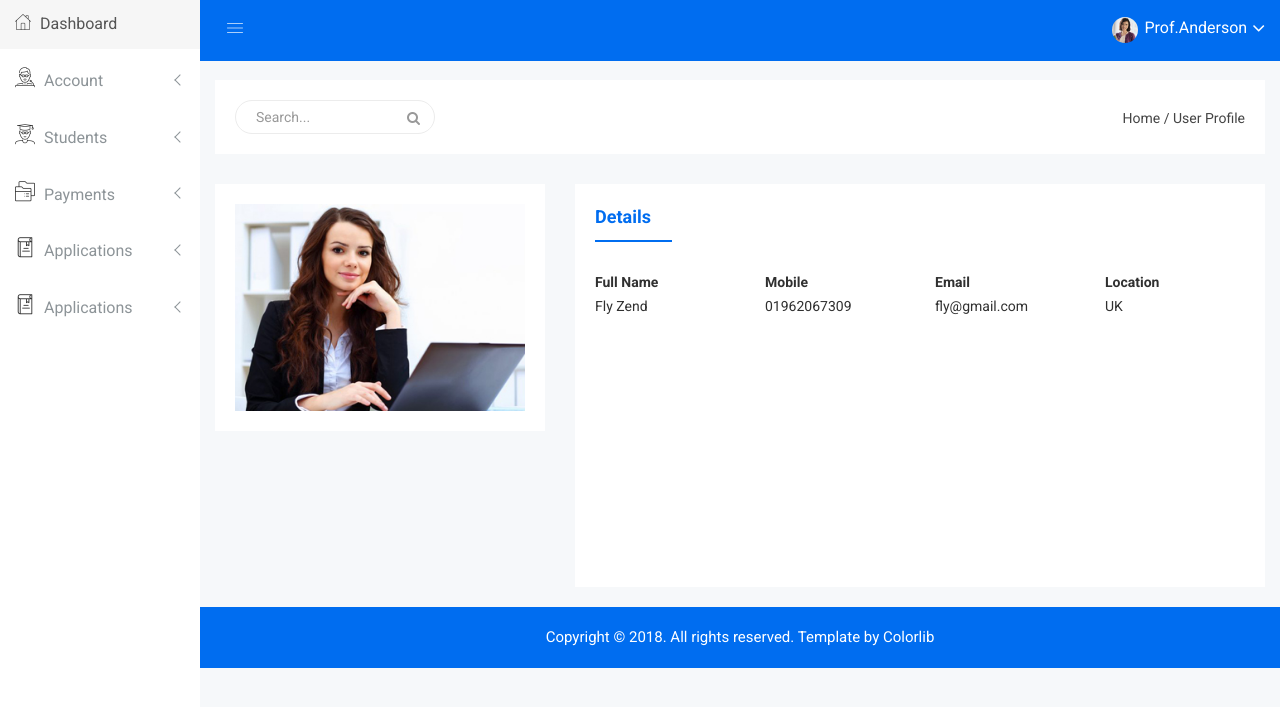
Repository: walterjnr1/crowdfunding-system
Page: http://localhost/Admin/user_profile.php
An editor plug-in stored every save of this project. The page is shown before and after the next save, followed by the edit.
The browser window is 1280 px wide. The pictures show the whole page.
The page is run by PHP 8.4 with error messages shown; the project is at /var/www/html/.

Above is the page before, as saved 2025-02-22 14:52:29.

After the next save:
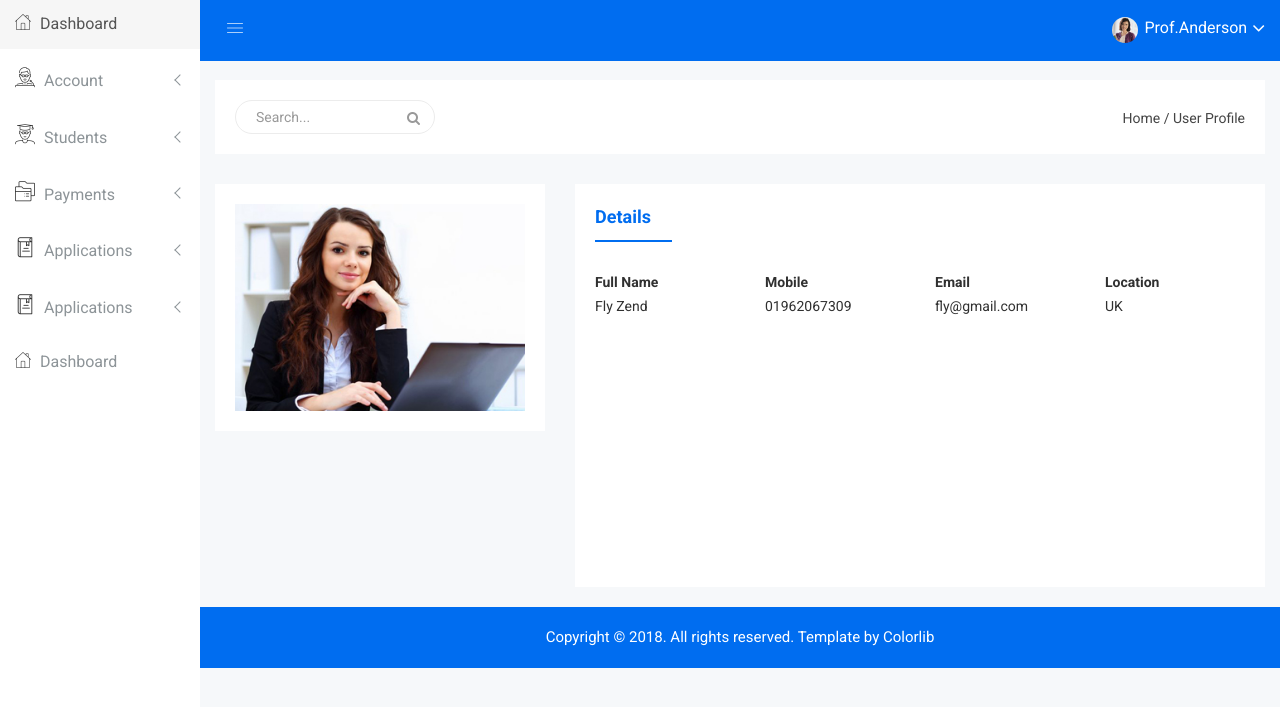
Saved 17 s later.
--- a/Admin/sidebar_main.php
+++ b/Admin/sidebar_main.php
@@ -40,5 +40,8 @@
 
                             </ul>
                         </li>
+                        <li class="active">
+                            <a title="Home Page" href="#" aria-expanded="false"><span class="educate-icon educate-home icon-wrap sub-icon-mg" aria-hidden="true"></span> <span class="mini-click-non">Dashboard</span></a>
+                         </li>
                     </ul>
                 </nav>
